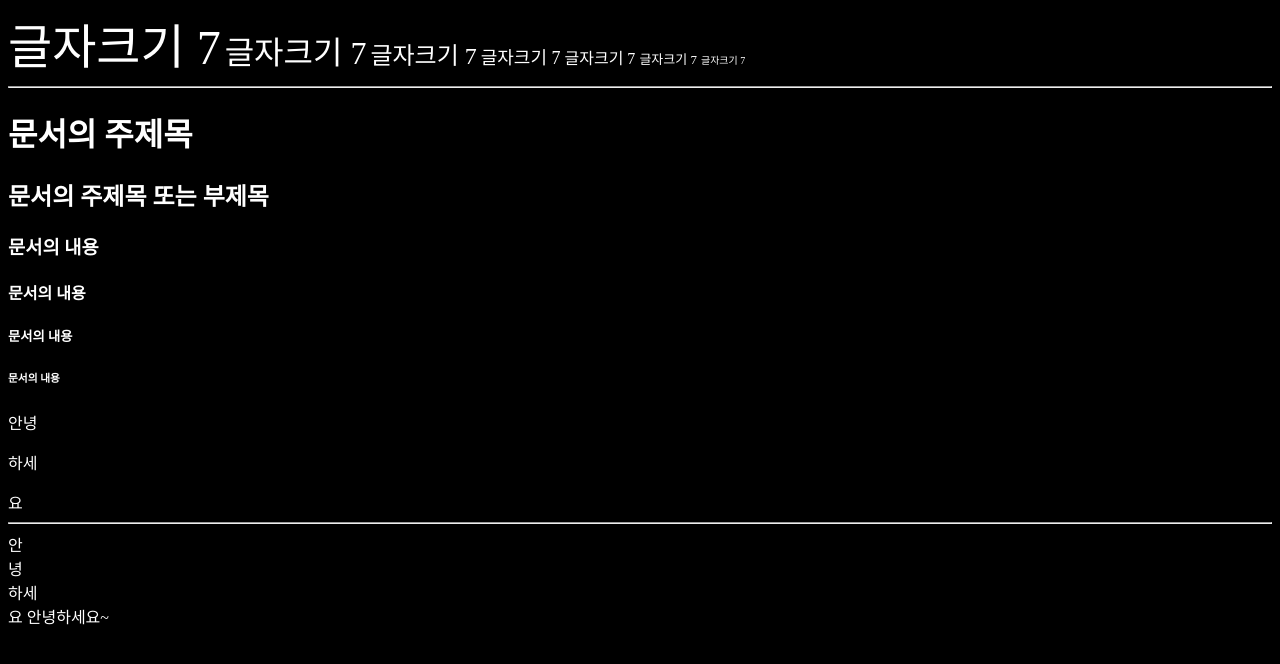
Repository: sjh86/html-day01
Page: html/day01.html
The author's editor kept a copy of each file at every save. The page is drawn from the files as they stood at one save, then again after the next save.
The browser window is 1280 px wide. The pictures show the whole page.

Above is the page before, as saved 2021-10-04 05:02:58.

### html/day01.html
<!DOCTYPE html>
<html>
<head>
<meta charset="EUC-KR">
<title>Insert title here</title>
</head>
<body text="white" bgcolor="black">

<font size = "7">글자크기 7</font>
<font size = "6">글자크기 7</font>
<font size = "5">글자크기 7</font>
<font size = "4">글자크기 7</font>
<font size = "3">글자크기 7</font>
<font size = "2">글자크기 7</font>
<font size = "1">글자크기 7</font>

<hr>

<h1>문서의 주제목</h1>
<h2>문서의 주제목 또는 부제목</h2>
<h3>문서의 내용</h3>
<h4>문서의 내용</h4>
<h5>문서의 내용</h5>
<h6>문서의 내용</h6>
안녕
<p>하세</p>
요
<hr>
안<br>녕<br>
하세<br>
요
<!--

주석
 -->
	안녕하세요~
</body>
</html>

After the next save:
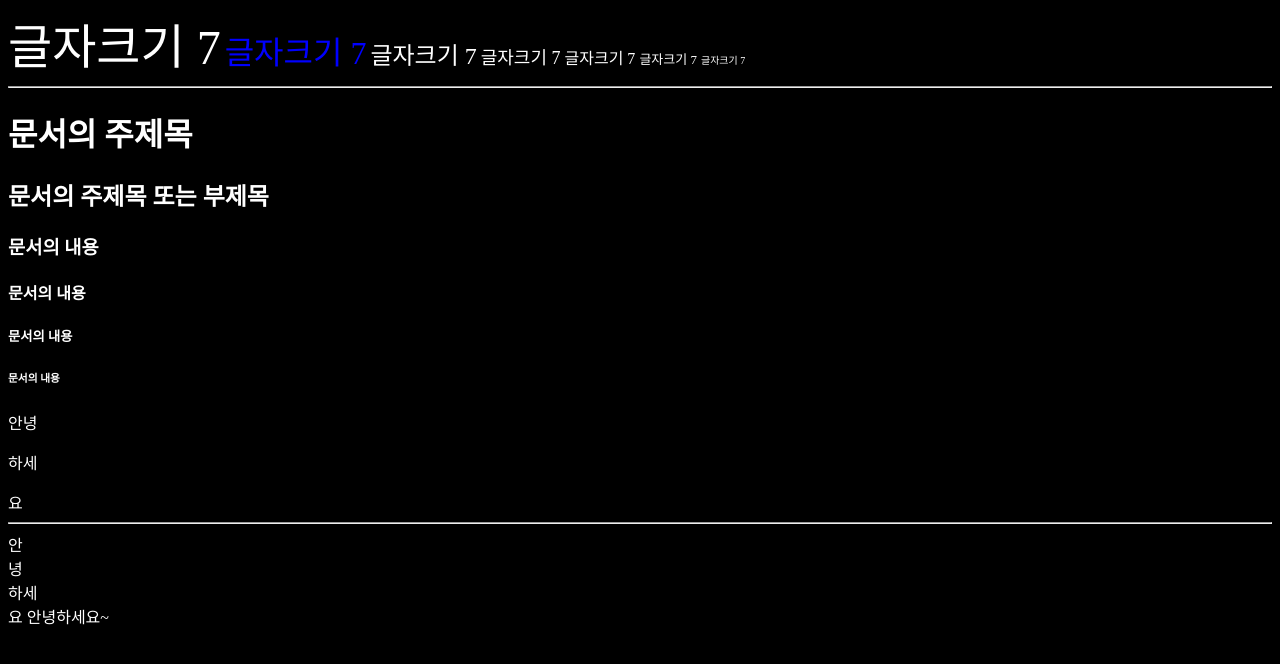
Saved 45 s later.
--- a/html/day01.html
+++ b/html/day01.html
@@ -7,7 +7,7 @@
 <body text="white" bgcolor="black">
 
 <font size = "7">글자크기 7</font>
-<font size = "6">글자크기 7</font>
+<font size = "6" face="궁서체" color = "blue">글자크기 7</font>
 <font size = "5">글자크기 7</font>
 <font size = "4">글자크기 7</font>
 <font size = "3">글자크기 7</font>
